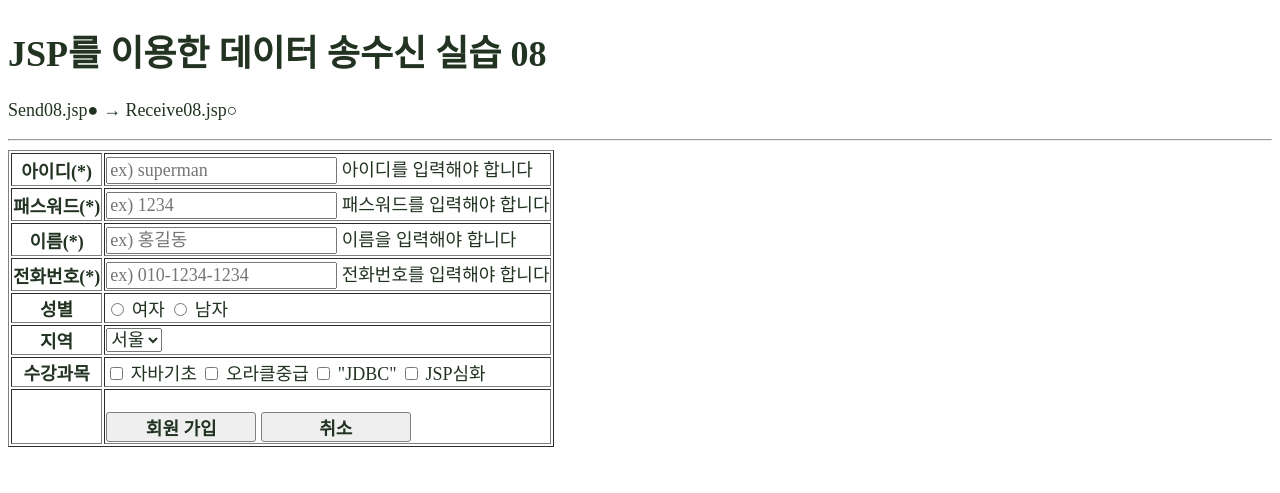
Repository: god5228god/Jsp
Page: http://localhost/WebApp06/Send08.jsp
An editor plug-in stored every save of this project. The page is shown before and after the next save, followed by the edit.
The browser window is 1280 px wide. The pictures show the whole page.
The page is served by Tomcat 9.

Above is the page before, as saved 2026-03-03 05:46:57.

After the next save:
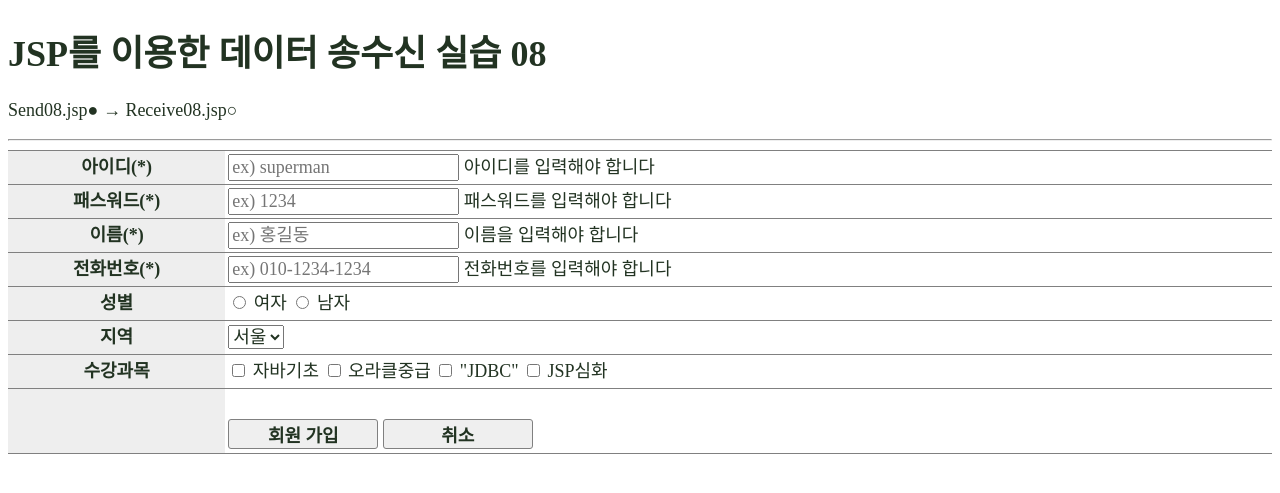
Saved 38 s later.
--- a/WebApp06/WebContent/Send08.jsp
+++ b/WebApp06/WebContent/Send08.jsp
@@ -5,6 +5,8 @@
 <meta charset="UTF-8">
 <title>Send08.jsp</title>
 <link rel="stylesheet" type="text/css" href="css/main.css" />
+<style type="text/css">
+</style>
 </head>
 <body>
 <div>
@@ -14,7 +16,7 @@
 </div>
 <div>
 	<form action="Receive08.jsp" method="post">
-		<table border = "1">
+		<table class="table">
 			<tr>
 				<th>아이디(*)</th>
 				<td>
